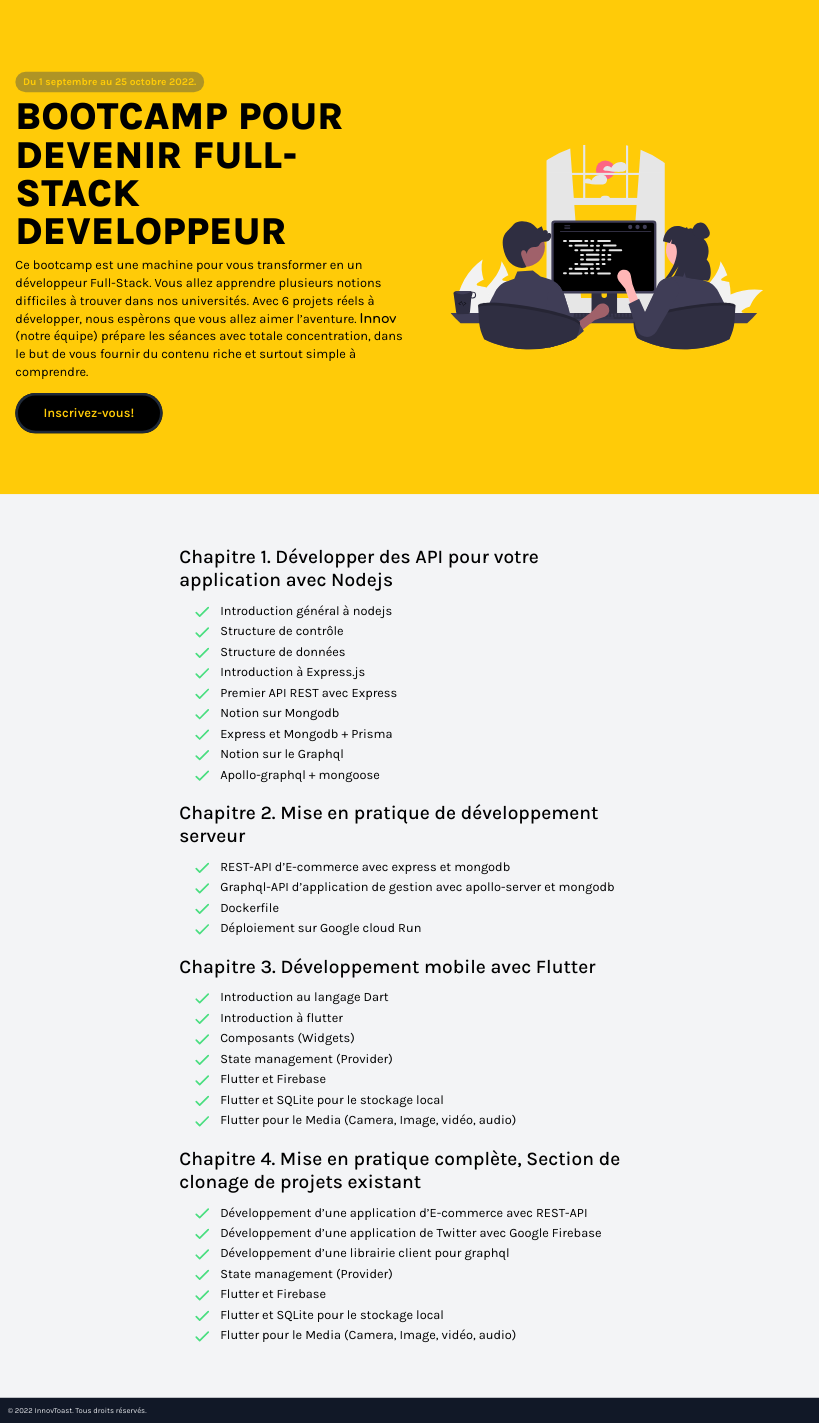
Repository: alfredlwanzo/course
Page: /
The author's editor kept a copy of each file at every save. The page is drawn from the files as they stood at one save, then again after the next save.
The browser window is 1280 px wide. The pictures show the whole page, at 64% of full size.
The project was rebuilt for these pictures with package versions that can differ from the ones it lists, and the page was loaded fresh each time. The framework's server and built-in components were replaced by stand-ins that run in the browser. Also part of the build but not shown: next.config.js.

Above is the page before, as saved 2022-08-08 18:19:27.

### pages/_app.tsx
import '../src/styles/globals.css'
import type { AppProps } from 'next/app'

function MyApp({ Component, pageProps }: AppProps) {
  return <Component {...pageProps} />
}

export default MyApp

### pages/index.tsx
import Footer from '@src/components/Footers/Footer'
import ContentSection from '@src/components/sections/Content'
import HomeSection from '@src/components/sections/Home'
import type { NextPage } from 'next'
import Head from 'next/head'
import Image from 'next/image'


const Home: NextPage = () => {
  return (
    <div className="">
      <Head>
        <title>Innov | Bootcamp pour devenir fullStack developpeur</title>
        <meta name="description" content="Generated by create next app" />
        <link rel="icon" href="/favicon.ico" />
      </Head>

      <main className="">
       <section className="bg-primary pt-28 pb-14 md:pb-28">
        {/* section Home */}
        <HomeSection/>
       </section>

       {/* section content */}
       <section className="py-20">
        <ContentSection/>
       </section>
      </main>

      <Footer/>
    </div>
  )
}

export default Home

### src/styles/globals.css

/* Fonts: Comfortaa & Karla */
@import url('https://fonts.googleapis.com/css2?family=Comfortaa:wght@300;400;500;600;700&display=swap');
@import url('https://fonts.googleapis.com/css2?family=Karla:ital,wght@0,200;0,300;0,400;0,500;0,600;0,700;0,800;1,200;1,300;1,400;1,500;1,600;1,700;1,800&display=swap');

/* tailwind */
@tailwind base;
@tailwind components;
@tailwind utilities;


html,
body {
  padding: 0;
  margin: 0;
  @apply bg-gray-100;
  font-family: 'Karla', sans-serif;
}

a {
  color: inherit;
  text-decoration: none;
}

* {
  box-sizing: border-box;
}

### src/components/Footers/Footer.tsx
import React from 'react'
import Copyright from './Copyright'


const Footer = () => {
  return (
    <div className='bg-gray-900'>
        <Copyright/>
    </div>
  )
}

export default Footer

### src/components/sections/Content.tsx
import React from "react";
import { CheckIcon } from "@heroicons/react/outline";

const ContentSection = () => {
  return (
    <article className="max-w-3xl mx-auto px-3 sm:px-6">
      {/* Chapter 1 */}
      <div>
        <h2 className="text-3xl font-medium">
          Chapitre 1. Développer des API pour votre application avec Nodejs
        </h2>
        <ul className="list-inside pl-5 mt-4">
          <li className="text-xl ">
            <CheckIcon className="inline-block h-8 w-8 mr-3 text-green-400" />
            Introduction général à nodejs
          </li>
          <li className="text-xl ">
            <CheckIcon className="inline-block h-8 w-8 mr-3 text-green-400" />
            Structure de contrôle
          </li>
          <li className="text-xl ">
            <CheckIcon className="inline-block h-8 w-8 mr-3 text-green-400" />
            Structure de données
          </li>
          <li className="text-xl ">
            <CheckIcon className="inline-block h-8 w-8 mr-3 text-green-400" />
            Introduction à Express.js
          </li>
          <li className="text-xl ">
            <CheckIcon className="inline-block h-8 w-8 mr-3 text-green-400" />
            Premier API REST avec Express
          </li>
          <li className="text-xl ">
            <CheckIcon className="inline-block h-8 w-8 mr-3 text-green-400" />
            Notion sur Mongodb
          </li>
          <li className="text-xl ">
            <CheckIcon className="inline-block h-8 w-8 mr-3 text-green-400" />
            Express et Mongodb + Prisma
          </li>
          <li className="text-xl ">
            <CheckIcon className="inline-block h-8 w-8 mr-3 text-green-400" />
            Notion sur le Graphql
          </li>
          <li className="text-xl ">
            <CheckIcon className="inline-block h-8 w-8 mr-3 text-green-400" />
            Apollo-graphql + mongoose
          </li>
        </ul>
      </div>
      {/* Chapitre 2 */}
      <div className="mt-6">
        <h2 className="text-3xl font-medium">
          Chapitre 2. Mise en pratique de développement serveur
        </h2>
        <ul className="list-inside pl-5 mt-4 ">
          <li className="text-xl ">
            <CheckIcon className="inline-block h-8 w-8 mr-3 text-green-400" />
            REST-API d’E-commerce avec express et mongodb
          </li>
          <li className="text-xl ">
            <CheckIcon className="inline-block h-8 w-8 mr-3 text-green-400" />
            Graphql-API d’application de gestion avec apollo-server et mongodb
          </li>
          <li className="text-xl ">
            <CheckIcon className="inline-block h-8 w-8 mr-3 text-green-400" />
            Dockerfile
          </li>
          <li className="text-xl ">
            <CheckIcon className="inline-block h-8 w-8 mr-3 text-green-400" />
            Déploiement sur Google cloud Run
          </li>
        </ul>
      </div>
      {/* Chapitre 3 */}
      <div className="mt-6">
        <h2 className="text-3xl font-medium">
          Chapitre 3. Développement mobile avec Flutter
        </h2>
        <ul className="list-inside pl-5 mt-4 ">
          <li className="text-xl ">
            <CheckIcon className="inline-block h-8 w-8 mr-3 text-green-400" />
            Introduction au langage Dart
          </li>
          <li className="text-xl ">
            <CheckIcon className="inline-block h-8 w-8 mr-3 text-green-400" />
            Introduction à flutter
          </li>
          <li className="text-xl ">
            <CheckIcon className="inline-block h-8 w-8 mr-3 text-green-400" />
            Composants (Widgets)
          </li>
          <li className="text-xl ">
            <CheckIcon className="inline-block h-8 w-8 mr-3 text-green-400" />
            State management (Provider)
          </li>
          <li className="text-xl ">
            <CheckIcon className="inline-block h-8 w-8 mr-3 text-green-400" />
            Flutter et Firebase
          </li>
          <li className="text-xl ">
            <CheckIcon className="inline-block h-8 w-8 mr-3 text-green-400" />
            Flutter et SQLite pour le stockage local
          </li>
          <li className="text-xl ">
            <CheckIcon className="inline-block h-8 w-8 mr-3 text-green-400" />
            Flutter pour le Media (Camera, Image, vidéo, audio)
          </li>
        </ul>
      </div>
       {/* Chapitre 4 */}
       <div className="mt-6">
        <h2 className="text-3xl font-medium">
          Chapitre 4. Mise en pratique complète, Section de clonage de projets existant
        </h2>
        <ul className="list-inside pl-5 mt-4 ">
          <li className="text-xl ">
            <CheckIcon className="inline-block h-8 w-8 mr-3 text-green-400" />
            Développement d’une application d’E-commerce avec REST-API
          </li>
          <li className="text-xl ">
            <CheckIcon className="inline-block h-8 w-8 mr-3 text-green-400" />
            Développement d’une application de Twitter avec Google Firebase
          </li>
          <li className="text-xl ">
            <CheckIcon className="inline-block h-8 w-8 mr-3 text-green-400" />
            Développement d’une librairie client pour graphql
          </li>
          <li className="text-xl ">
            <CheckIcon className="inline-block h-8 w-8 mr-3 text-green-400" />
            State management (Provider)
          </li>
          <li className="text-xl ">
            <CheckIcon className="inline-block h-8 w-8 mr-3 text-green-400" />
            Flutter et Firebase
          </li>
          <li className="text-xl ">
            <CheckIcon className="inline-block h-8 w-8 mr-3 text-green-400" />
            Flutter et SQLite pour le stockage local
          </li>
          <li className="text-xl ">
            <CheckIcon className="inline-block h-8 w-8 mr-3 text-green-400" />
            Flutter pour le Media (Camera, Image, vidéo, audio)
          </li>
        </ul>
      </div>
    </article>
  );
};

export default ContentSection;

### src/components/sections/Home.tsx
import React from "react";
import SubscribeButton from "../buttons/SubscribeButton";
import PairProgramming from "../icons/PairProgramming";

const HomeSection = () => {
  return (
    <div className="max-w-7xl mx-auto px-3 sm:px-6">
      <div className="grid md:grid-cols-2 gap-10 lg:gap-0">
        <div>
          <div className="bg-gray-700 bg-opacity-40 w-max py-1 px-3 rounded-full">
            <h6 className="font-bold text-primary">
              Du 1 septembre au 25 octobre 2022.
            </h6>
          </div>
          <h1 className="text-5xl md:text-6xl font-extrabold uppercase mt-2">
            Bootcamp pour devenir full-stack developpeur
          </h1>
          <p className="text-xl mt-2">
            Ce bootcamp est une machine pour vous transformer en un développeur
            Full-Stack. Vous allez apprendre plusieurs notions difficiles à
            trouver dans nos universités. Avec 6 projets réels à développer,
            nous espèrons que vous allez aimer l’aventure.{" "}
            <span className="font-comfortaa font-bold">Innov</span> (notre
            équipe) prépare les séances avec totale concentration, dans le but
            de vous fournir du contenu riche et surtout simple à comprendre.
          </p>
          <div className="hidden md:block mt-9">
            <SubscribeButton />
          </div>
        </div>
        <div className="flex flex-col items-center justify-center">
          <PairProgramming className="w-auto h-64 md:h-80 -bottom-10" />
          <div className="block md:hidden mt-12">
            <SubscribeButton />
          </div>
        </div>
      </div>
    </div>
  );
};

export default HomeSection;

### src/components/Footers/Copyright.tsx
import React from 'react'

const Copyright = () => {
  return (
    <div className='max-w-7xl mx-auto px-3 sm:px-6" py-3 text-gray-200 '>
        <p className='text-xs'>© 2022 InnovToast. Tous droits réservés.</p>
    </div>
  )
}

export default Copyright

### src/components/buttons/SubscribeButton.tsx
import React from "react";

const SubscribeButton = () => {
  return (
    <a
      href="https://wa.me/+243978154329"
      target="_blank"
      rel="noreferrer"
      className="bg-black text-primary py-4 px-10 text-xl font-semibold rounded-full border-4 border-gray-800 hover:bg-opacity-95 hover:border-gray-900"
    >
      Inscrivez-vous!
    </a>
  );
};

export default SubscribeButton;

Loaded but not shown: tailwind.config.js (18 lines, source omitted); src/components/icons/PairProgramming.tsx (865 lines, source omitted)

After the next save:
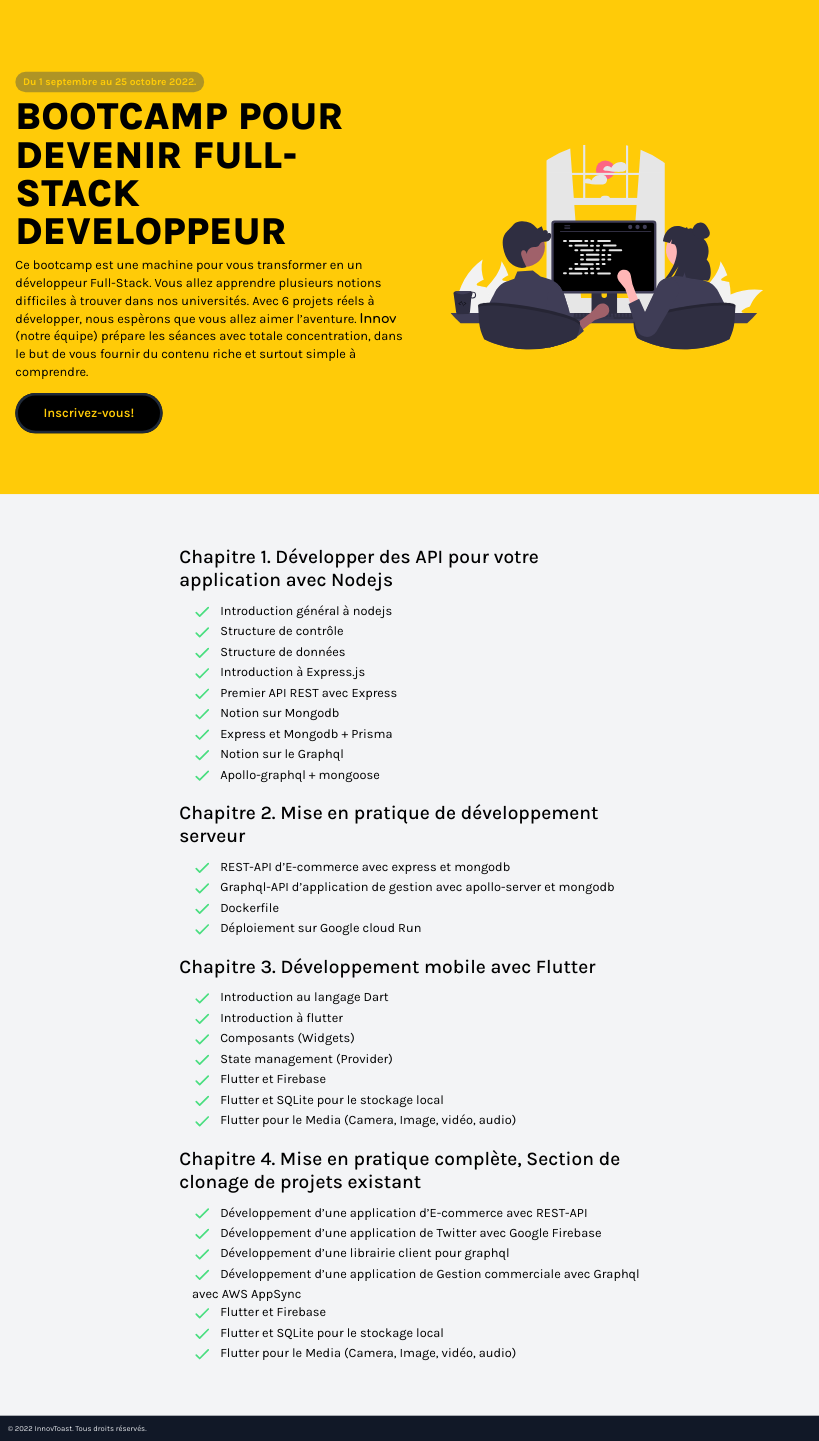
Saved 36 s later.
--- a/src/components/sections/Content.tsx
+++ b/src/components/sections/Content.tsx
@@ -128,7 +128,7 @@
           </li>
           <li className="text-xl ">
             <CheckIcon className="inline-block h-8 w-8 mr-3 text-green-400" />
-            State management (Provider)
+            Développement d’une application de Gestion commerciale avec Graphql avec AWS AppSync
           </li>
           <li className="text-xl ">
             <CheckIcon className="inline-block h-8 w-8 mr-3 text-green-400" />
